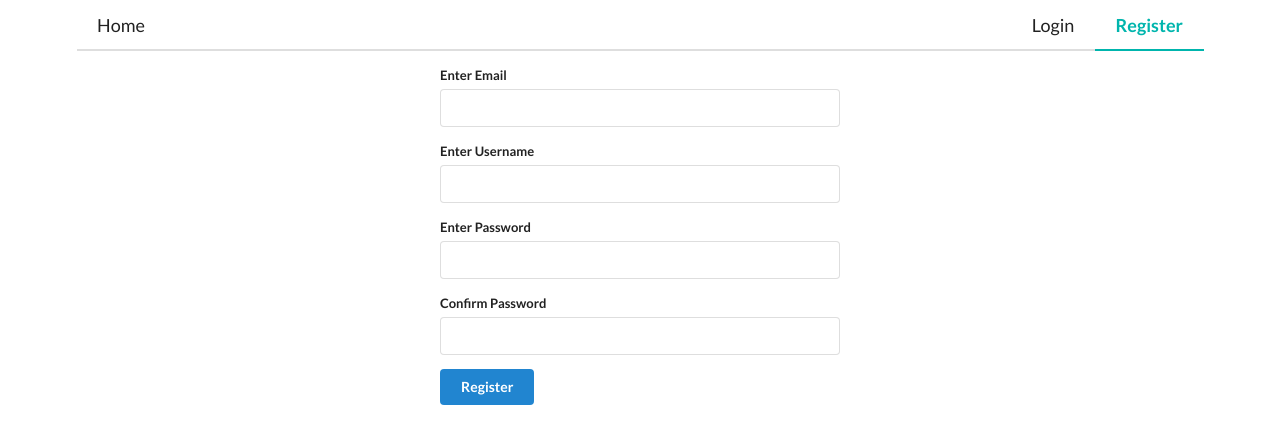
Repository: m-ahmadshaikh/SociaSpark
Page: /register (app in client/)
The author's editor kept a copy of each file at every save. The page is drawn from the files as they stood at one save, then again after the next save.
The browser window is 1280 px wide. The pictures show the whole page.
The project was rebuilt for these pictures with package versions that can differ from the ones it lists, and the page was loaded fresh each time. Also part of the build but not shown: client/vite.config.js, client/src/components/PostCard.jsx, client/src/pages/Home.jsx, client/src/pages/Login.jsx.

Above is the page before, as saved 2022-10-23 15:44:01.

After the next save:
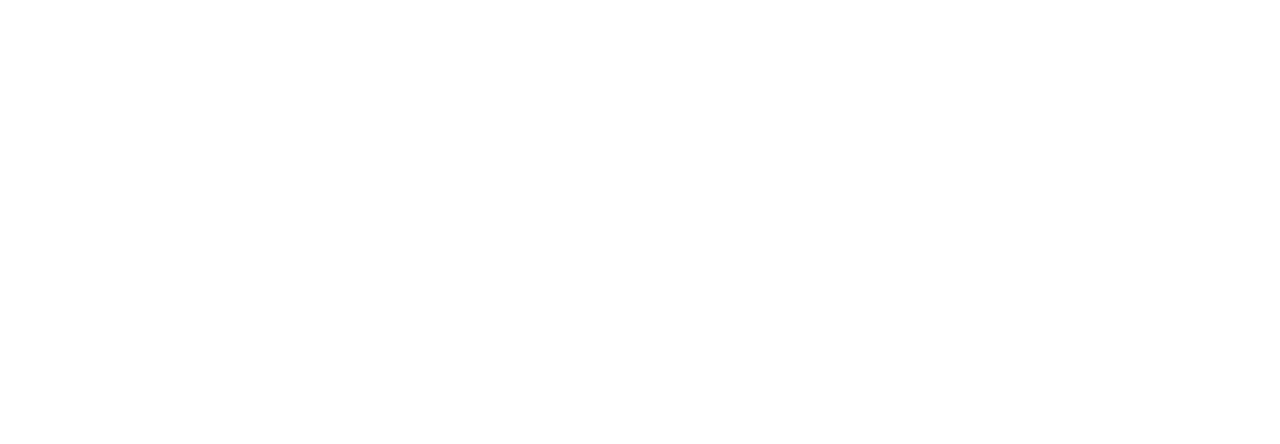
Console error: TypeError: Cannot read properties of undefined (reading 'email')
Saved 59 s later.
--- a/client/src/pages/Register.jsx
+++ b/client/src/pages/Register.jsx
@@ -22,7 +22,6 @@
     confirmPassword: '',
     username: '',
   });
-  console.log(errors.username);
 
   useEffect(() => {
     if (data) {
@@ -59,11 +58,13 @@
           type="email"
           name="email"
           onChange={changeHandler}
+          error={Boolean(error.email)}
           value={values.email}
         />
         <Form.Input
           onChange={changeHandler}
           name="username"
+          error={Boolean(error.username)}
           label="Enter Username"
           value={values.username}
         />
@@ -72,12 +73,14 @@
           label="Enter Password"
           name="password"
           type="password"
+          error={Boolean(error.password)}
           value={values.password}
         />
         <Form.Input
           label="Confirm Password"
           type="password"
           name="confirmPassword"
+          error={Boolean(error.confirmPassword)}
           onChange={changeHandler}
           value={values.confirmPassword}
         />

After the 4 saves that followed:
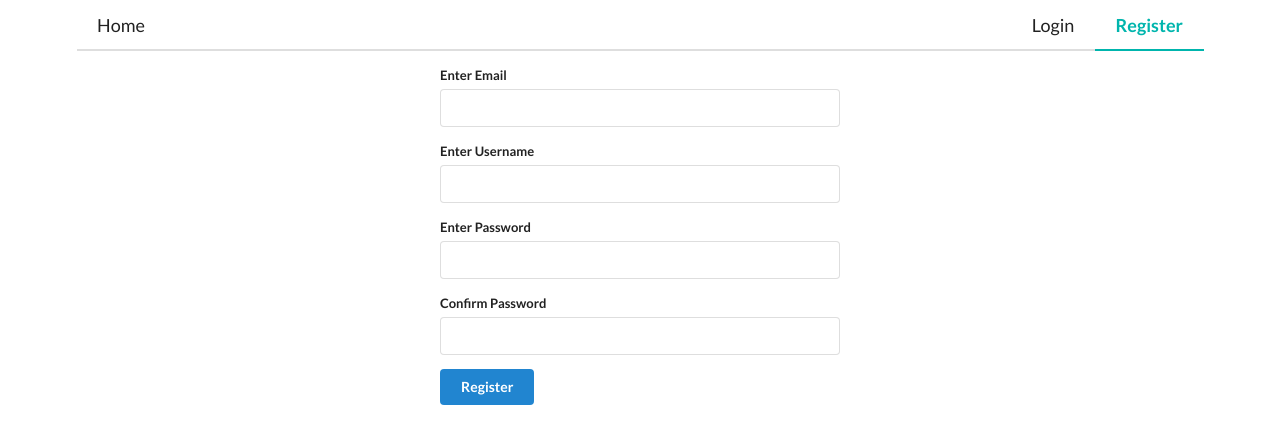
The error is gone.
The 4 saves are shown as one change because 1 did not build or start and 2 left the picture as it was.
The last was saved 59 s later.
--- a/client/src/pages/Register.jsx
+++ b/client/src/pages/Register.jsx
@@ -58,13 +58,13 @@
           type="email"
           name="email"
           onChange={changeHandler}
-          error={Boolean(error.email)}
+          error={Boolean(errors.email || '')}
           value={values.email}
         />
         <Form.Input
           onChange={changeHandler}
           name="username"
-          error={Boolean(error.username)}
+          error={Boolean(errors.username)}
           label="Enter Username"
           value={values.username}
         />
@@ -73,14 +73,14 @@
           label="Enter Password"
           name="password"
           type="password"
-          error={Boolean(error.password)}
+          error={Boolean(errors.password)}
           value={values.password}
         />
         <Form.Input
           label="Confirm Password"
           type="password"
           name="confirmPassword"
-          error={Boolean(error.confirmPassword)}
+          error={Boolean(errors.confirmPassword)}
           onChange={changeHandler}
           value={values.confirmPassword}
         />
